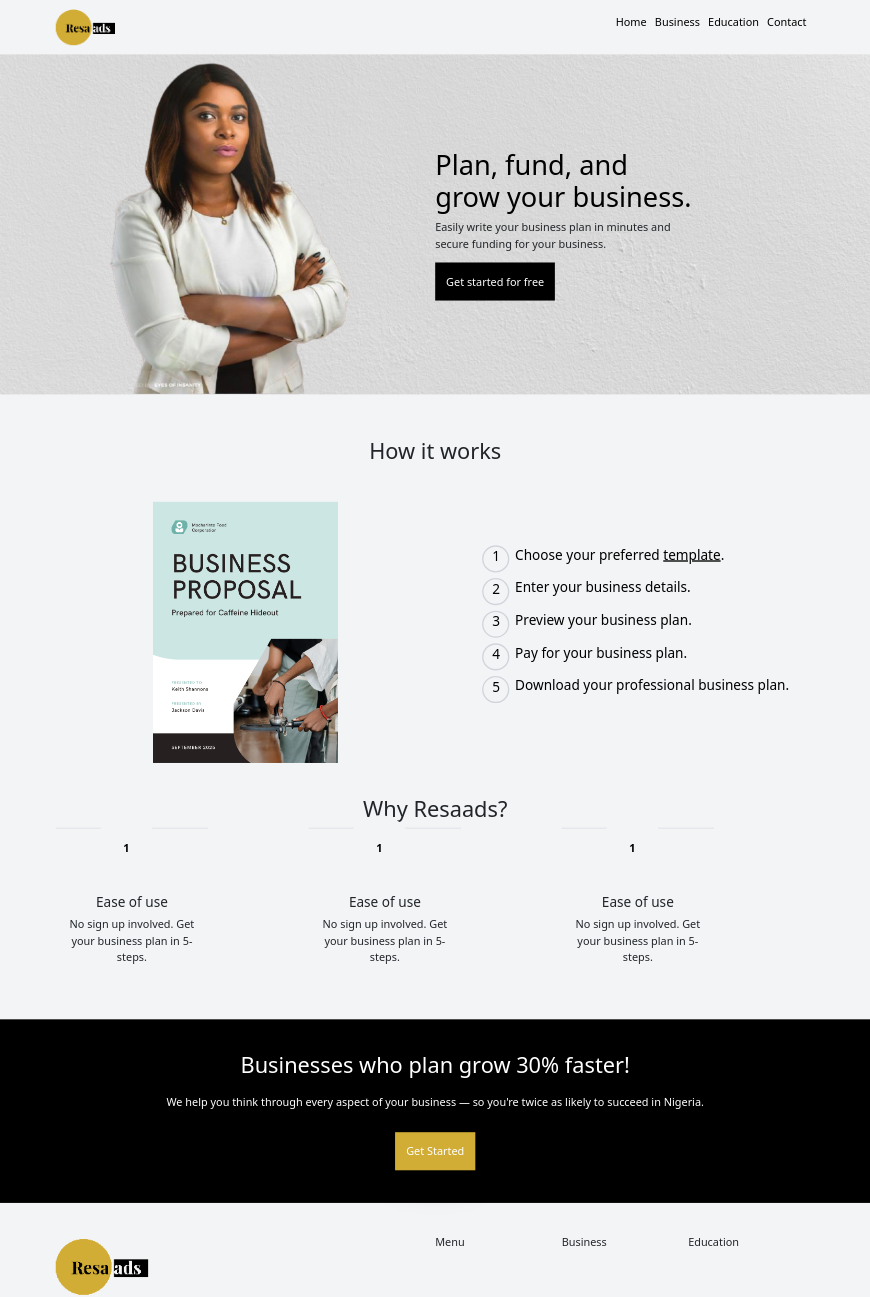
Repository: latenightsnacc/resaads-consults
Page: index.html
An editor plug-in stored every save of this project. The page is shown before and after the next save, followed by the edit.
The browser window is 1280 px wide. The pictures show the whole page, at 68% of full size.
Some web libraries are served in a nearby version.

Above is the page before, as saved 2021-08-05 13:03:14.

After the next save:
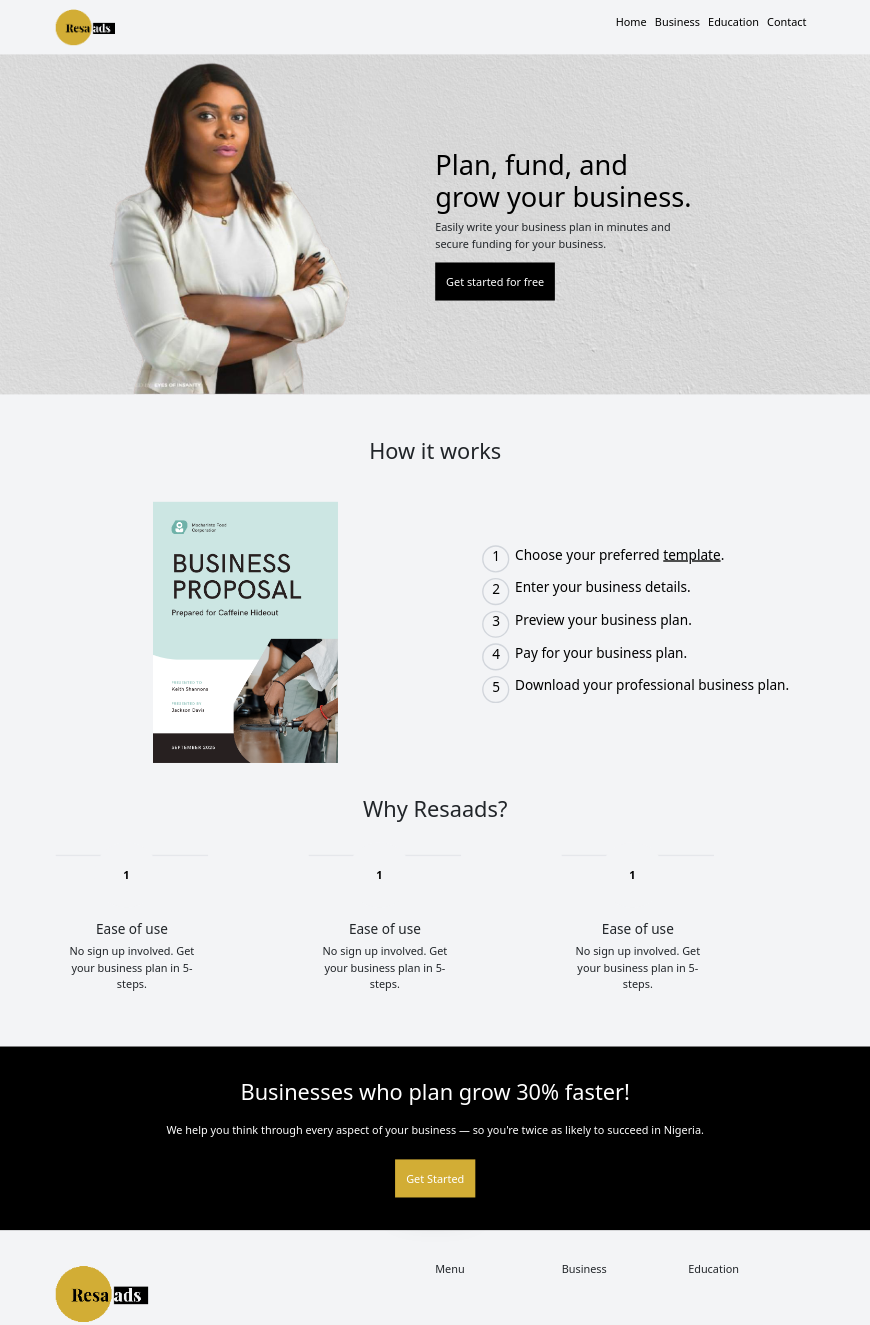
Saved 21 s later.
--- a/index.html
+++ b/index.html
@@ -119,7 +119,7 @@
         <div class="my-5"></div>
         <section id="why-resaads">
             <div class="container">
-                <h2 class="text-center">Why Resaads?</h2>
+                <h2 class="text-center mb-5">Why Resaads?</h2>
                 <div class="flex flex-row">
                     <div class="w-1/3">
                         <div class="relative w-56  hover:shadow-2xl border-t-2 border-t-gray-300 p-3">
